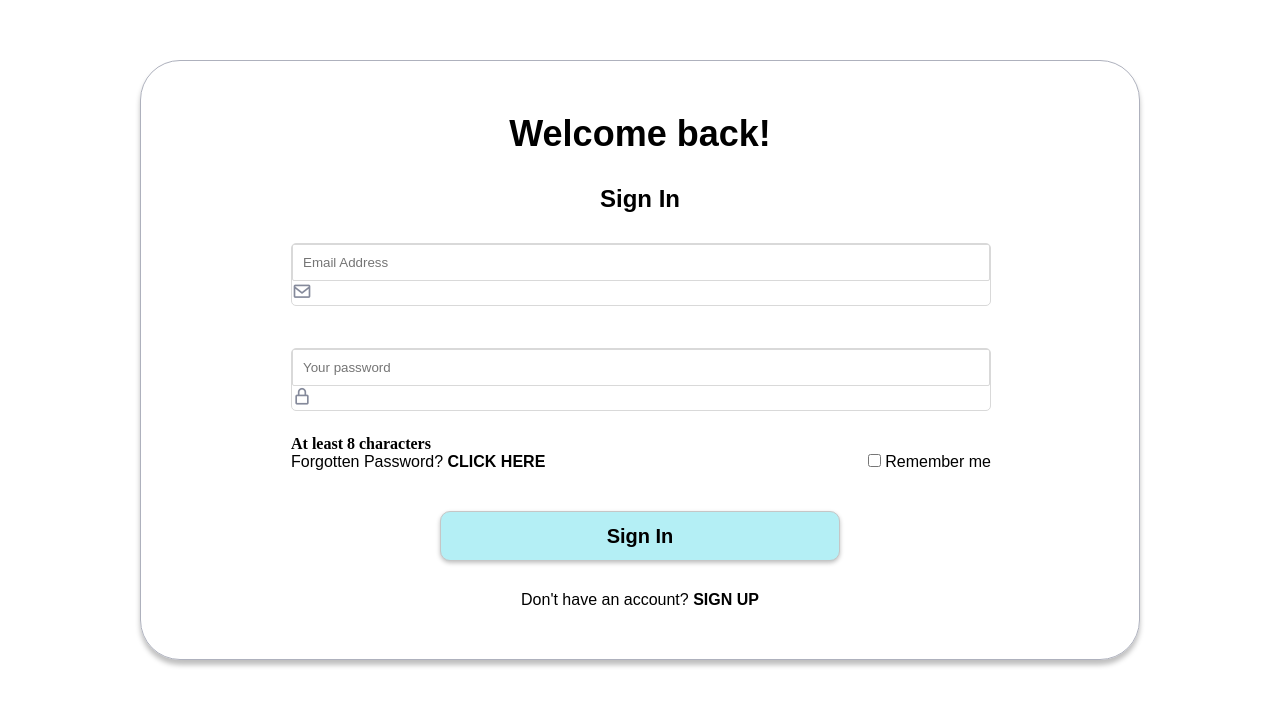
Repository: Rellzcodez/Group1-Team8
Page: pages/signin.html
The author's editor kept a copy of each file at every save. The page is drawn from the files as they stood at one save, then again after a run of saves.
The browser window is 1280 px wide. The pictures show the whole page.

Above is the page before, as saved 2022-09-11 19:59:59.

After the next 2 saves:
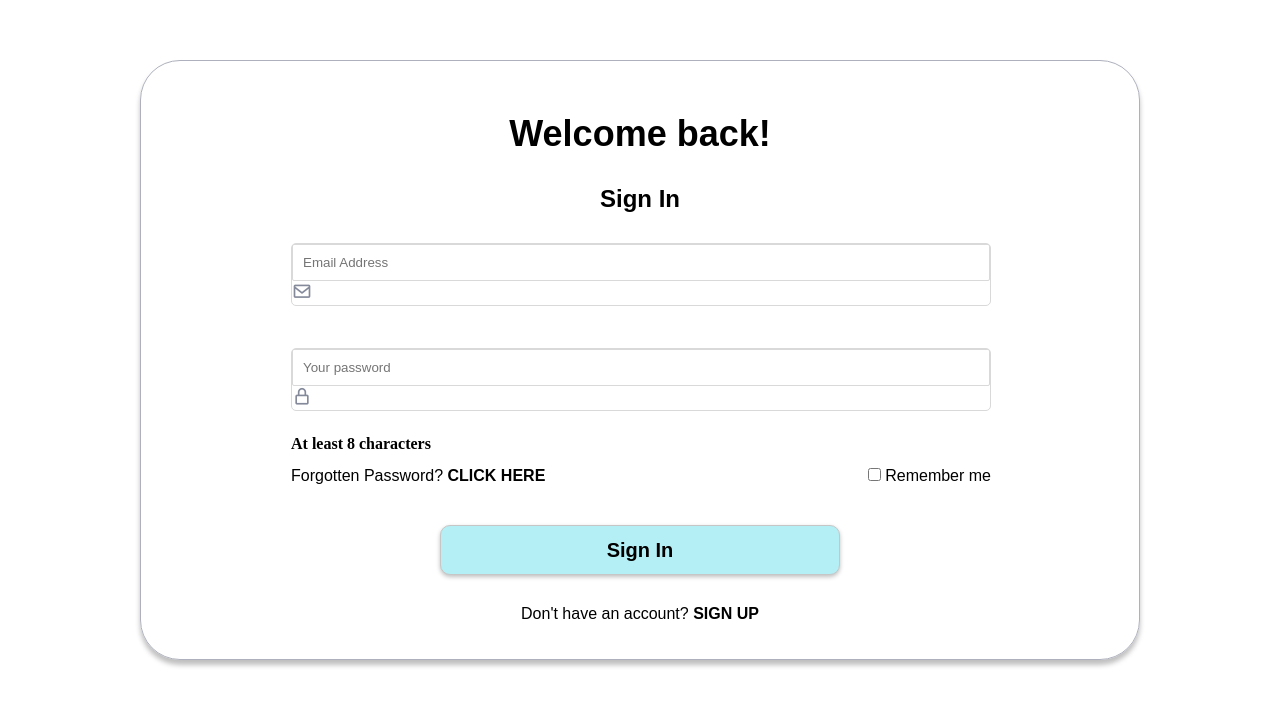
The 2 saves are shown as one change because they came seconds apart.
The last was saved 33 s later.
--- a/css/signin.css
+++ b/css/signin.css
@@ -51,6 +51,7 @@ h2{
 .container, .container2{
     width: 700px;
     margin: 0 150px 0 150px;
+    margin-bottom: 14px;
 }
 .email, .password{
     font-family: 'Poppins', sans-serif;
